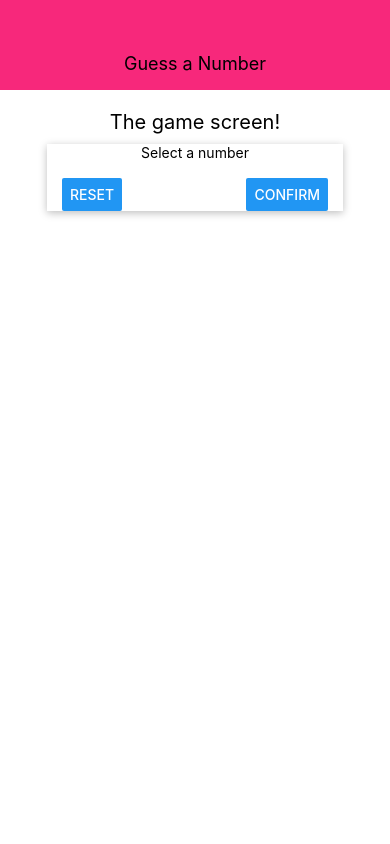
Repository: jes-wd/rn-num-guess
Screen: /
The author's editor kept a copy of each file at every save. The screen is drawn from the files as they stood at one save, then again after the next save.
The app was drawn by React Native's web renderer in a window 390 px wide. The project was rebuilt for these pictures with package versions that can differ from the ones it lists, and the page was loaded fresh each time.

Above is the screen before, as saved 2020-03-21 21:02:41.

### App.js
import React from 'react';
import { StyleSheet, View } from 'react-native';

import Header from './components/Header';
import StartGameScreen from './screens/StartGameScreen';

export default function App() {
  return (
    <View style={styles.screen}>
      <Header title="Guess a Number"/>
      <StartGameScreen />
    </View>
  );
};

const styles = StyleSheet.create({
  screen: {
    flex: 1,
  },
});

### components/Header.js
import React from 'react';
import { View, Text, StyleSheet } from 'react-native';

const Header = props => {
  return(
    <View style={styles.header}>
      <Text style={styles.headerTitle}>{props.title}</Text>
    </View>
  );
};

const styles = StyleSheet.create({
  header: {
    width: '100%',
    height: 90,
    paddingTop: 36,
    backgroundColor: '#f7287b',
    alignItems: 'center',
    justifyContent: 'center'
  },
  headerTitle: {
    color: 'black',
    fontSize: 18
  }
});

export default Header;

### screens/StartGameScreen.js
import React from 'react';
import { StyleSheet, View, Text, TextInput, Button } from 'react-native';

const StartGameScreen = props => {
  return (
    <View style={styles.screen}>
      <Text style={styles.title}>The game screen!</Text>
      <View style={styles.inputContainer}>
        <Text>Select a number</Text>
        <TextInput />
        <View style={styles.buttonContainer}>
          <Button title="Reset" onPress={() => {}} />
          <Button title="Confirm" onPress={() => {}} />
        </View>
      </View>
    </View>
  );
};

const styles = StyleSheet.create({
  screen: {
    flex: 1,
    padding: 10,
    alignItems: 'center'
  },
  title: {
    fontSize: 20,
    marginVertical: 10
  },
  inputContainer: {
    width: 300,
    maxWidth: '80%',
    alignItems: 'center',
    shadowColor: 'black',
    shadowOffset: { width: 0, height: 2 },
    shadowRadius: 8,
    shadowOpacity: 0.26,
    elevation: 5,
    backgroundColor: 'white'
  },
  buttonContainer: {
    flexDirection: 'row',
    width: '100%',
    justifyContent: 'space-between',
    paddingHorizontal: 15,

  }
});

export default StartGameScreen;

After the next save:
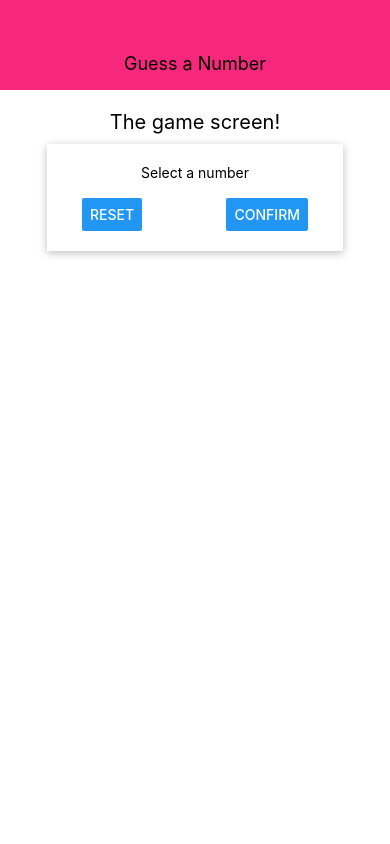
Saved 17 s later.
--- a/screens/StartGameScreen.js
+++ b/screens/StartGameScreen.js
@@ -36,7 +36,8 @@ const styles = StyleSheet.create({
     shadowRadius: 8,
     shadowOpacity: 0.26,
     elevation: 5,
-    backgroundColor: 'white'
+    backgroundColor: 'white',
+    padding: 20
   },
   buttonContainer: {
     flexDirection: 'row',
